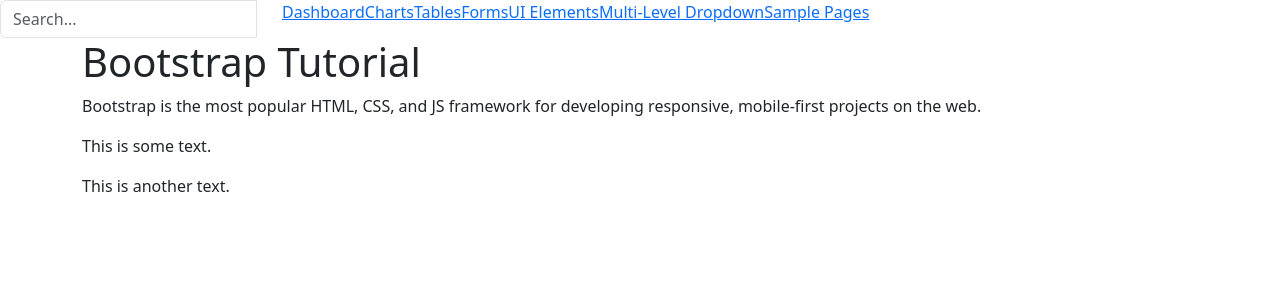
Repository: aache/call-log-management
Page: /
An editor plug-in stored every save of this project. The page is shown before and after the next save, followed by the edit.
The browser window is 1280 px wide. The pictures show the whole page.
The project was rebuilt for these pictures with package versions that can differ from the ones it lists, and the page was loaded fresh each time. Also part of the build but not shown: angular.json, src/app/dashboard/dashboard.component.ts.

Above is the page before, as saved 2018-12-29 02:19:53.

After the next save:
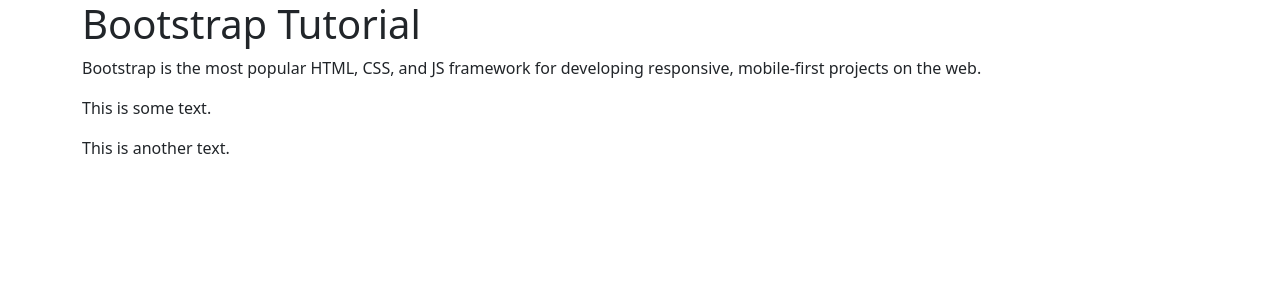
Saved 58 s later.
--- a/src/app/app.component.html
+++ b/src/app/app.component.html
@@ -1,3 +1,3 @@
 <!--The content below is only a placeholder and can be replaced.-->
-<app-vertical-navigation></app-vertical-navigation>
+<!--app-vertical-navigation></app-vertical-navigation-->
 <router-outlet></router-outlet>
